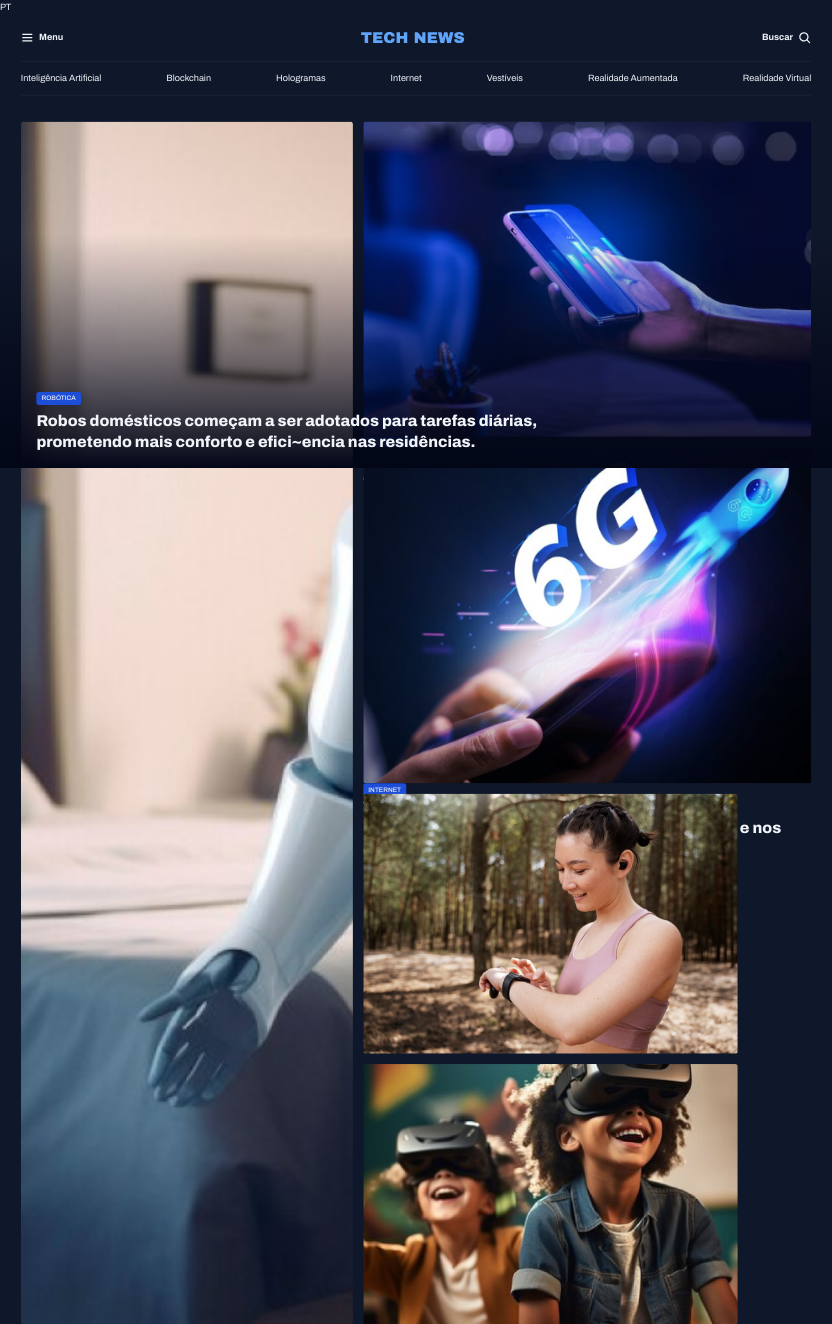
Repository: JeffRodFer/portalDeNoticias
Page: index.html
An editor plug-in stored every save of this project. The page is shown before and after a run of saves, followed by the edit.
The browser window is 1280 px wide. The pictures show the whole page, at 65% of full size.

Above is the page before, as saved 2025-04-15 21:58:16.

### index.html
PT<!DOCTYPE html>
<html lang="pt-BR">
  <head>
    <link rel="preconnect" href="https://fonts.googleapis.com">
  <link rel="preconnect" href="https://fonts.gstatic.com" crossorigin>
  <meta charset="UTF-8">
  <meta name="viewport" content="width=device-width, initial-scale=1.0">
  <title>Portal de Notícias</title>
  <link rel="stylesheet" href="styles/index.css">

  <link href="https://fonts.googleapis.com/css2?family=Archivo:ital,wght@0,100..900;1,100..900&family=Bree+Serif&family=Poppins:wght@400;700&display=swap" rel="stylesheet">

</head>
<body>
  <header class="container">
    <nav id="primary" class="grid grid-flow-col">
      <div>
        <img src="assets/icons/List.svg" alt="ícone de menu">
        <strong>Menu</strong>
      </div>
        <div>
          <img src="assets/Logo (1).svg" alt="TechNews logo">
        </div>
        <div>
          <strong>Buscar</strong>
          <img src="assets/icons/MagnifyingGlass.svg" alt="ícone de lupa para pesquisa">
        </div>
    </nav>
    <nav id="secondary" class="grid grid-flow-col">
      <a href="#">Inteligência Artificial</a>
      <a href="#">Blockchain</a>
      <a href="#">Hologramas</a>
      <a href="#">Internet</a>
      <a href="#">Vestíveis</a>
      <a href="#">Realidade Aumentada</a>
      <a href="#">Realidade Virtual</a>
    </nav>
  </header>
  <main class="grid container">
    <section id="featured" class="grid grid-flow-col gap-16">
      <figure class="card">
        <img src="assets/images/Image 01.png" alt="">

        <figcaption>
          <span class="content-tag">robótica</span>
          <h2 class="text-2xl">
            Robos domésticos começam a ser adotados para tarefas diárias, <br> prometendo mais conforto e efici~encia nas residências.
          </h2>
        </figcaption>
      </figure>
      <div class="grid grid cols-2 gap-16">
        <figure>
          <img src="assets/images/Image 02.png" alt="Novo Smartphone Projetor 3D chega ao mercado, transformando a forma como vemos as nossas telas!">

          <figcaption>
            <span class="content-tag">Hologramas</span>
            <h2 class="text-2xl">
              Novo Smartphone Projetor 3D chega ao mercado, transformando a forma como vemos as nossas telas!
            </h2>
          </figcaption>
        </figure>
        <figure>
          <img src="assets/images/Image 03.png" alt="">

          <figcaption>
            <span class="content-tag">Internet</span>
            <h2 class="text-2xl">
            Tecnologia 3D chega as metropoles brasileiras, prometendo revolucionar a forma como vivemos e nos comunicamos.
            </h2>
          </figcaption>
      </figure>
        <figure>
          <img src="assets/images/Image 04.png" alt="">
        </figure>
        <figure>
          <img src="assets/images/Image 05.png" alt="">
        </figure>
      </div>
    </section>
  </main>
</body>
</html>

### styles/global.css
* {
  margin: 0;
  padding: 0;
  box-sizing: border-box;
}

:root {
  --brand-color-light: #60a5fa ;
  --brand-color-dark: #1d4ed8;
  --bg-color: #0f172a;
  --stroke-color: #1e293b;
  --text-color-primary: #f1f5f9;
  --text-color-secondary: #cbd5e1;

  --font-family: 'Archivo', sans-serif;
  --h1: 800 24px/135% var(--font-family);
  --h2: 800 16px/140% var(--font-family);
  --h3: 800 14px/140% var(--font-family);
  --text-span: 400 16px/140% var(--font-family);
  --text: 400 14px/160% var(--font-family);

}

body {
  font: var(--text);
  color: var(--text-color-primary);
  background-color: var(--bg-color);
}

a {
  text-decoration: none;
  color: inherit;
}

a:hover {
  color: var(--brand-color-light);
}

h1,h2,h3 {
  font:inherit;
}

img {
  max-width: 100%;
}

.container {
  max-width: 1280px;
  padding-inline: 32px;
  margin-inline: auto;
}
main {
  margin-top: 40px ;
}
.content-tag {
  display: inline-block;
  background-color: var(--brand-color-dark);
  padding: 4px 8px;
  border-radius: 4px;
  font: 500 10px/1.2 var(--font-family);
  text-transform: uppercase;
  color: var(--text-color-primary);
  box-shadow: 0px 4px 16px rgba(2, 3, 23, 0.251);
}

### styles/utility.css
/* utility-first */
.grid {
  display: grid;
}
.grid-flow-col {
  grid-auto-flow: column;
}

.grid-cols-2 {
  grid-template-columns: 1fr 1fr;
}

.gap-16 {
  gap: 16px;
}

.text-2xl {
  font: var(--h1);
}
.text-2x {
  font: var(--h2);
}
.text-lg {
  font: var(--h3);
}
.text-sm {
  font: var(--text-sm);
}

### styles/header.css
#primary {
  padding-block: 20px;

  div {
    display: flex;
    align-items: center;
    gap: 8px;
  }

  /* nesting css */
  div:nth-child(2) {
    margin-inline: auto;
}
div:nth-child(3) {
  justify-self: end;
}
}
#secondary {
  padding-block: 14px;
  border: solid 1px var(--stroke-color);
  border-inline: none;
  justify-content: space-between;
}

### styles/sections.css
#featured {
  img {
    height: 100%;
    object-fit: cover;
    border-radius: 4px;
  }
.card {
  border-radius: 4px;
  overflow: hidden;
  object-fit: relative;

  &::before {
   content: "";
   position: absolute;
   inset: 0;
   top: 50%;
   background: linear-gradient(
    180deg,
    transparent 0%,
    #020617 100%
   );
  }
  figcaption {
    position: absolute;
    bottom: 0;

    padding: 24px;

    h2 {
      margin-top: 8px;
    }
  }
}
}

Loaded but not shown: styles/index.css (common file)

After the next 2 saves:
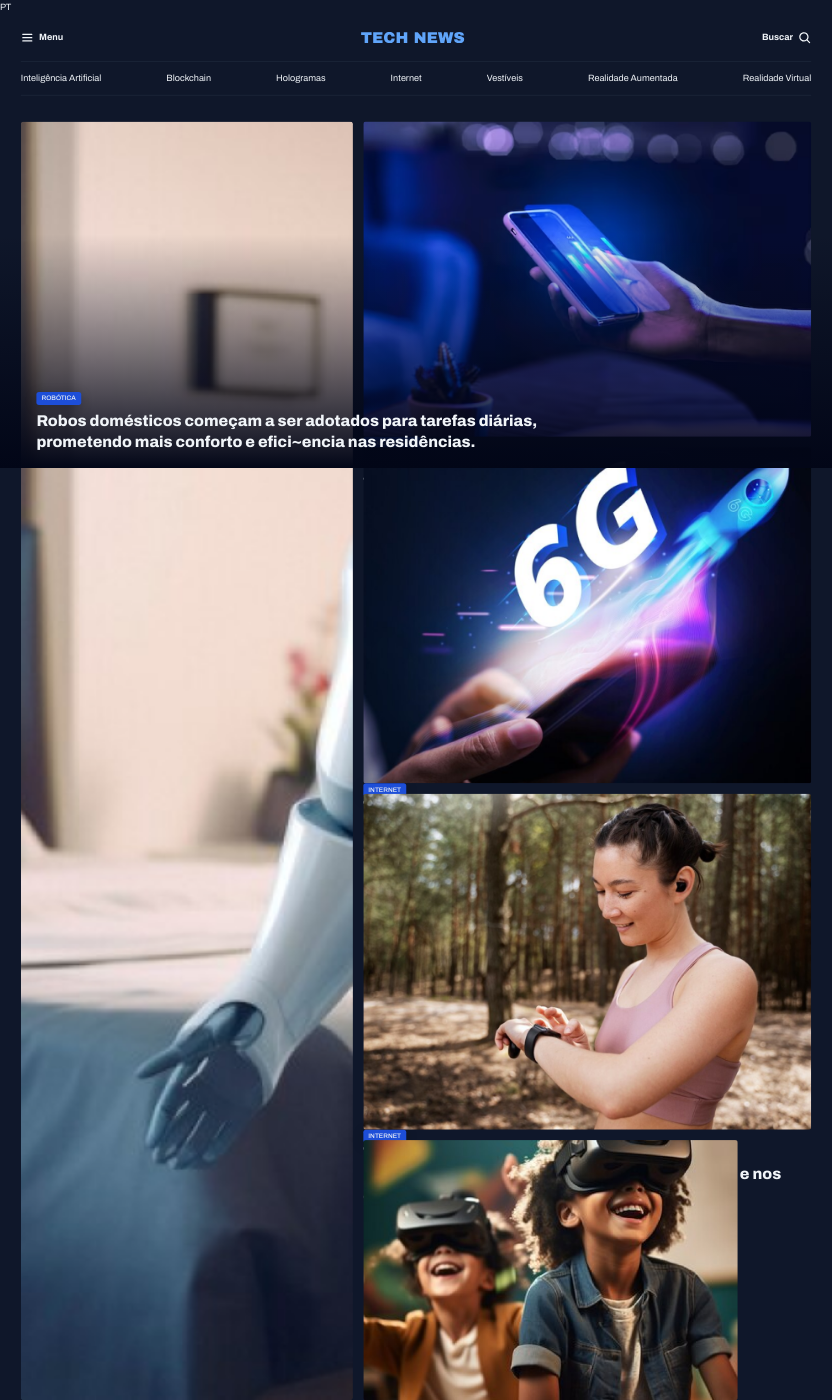
The 2 saves are shown as one change because they came seconds apart.
The last was saved 23 s later.
--- a/index.html
+++ b/index.html
@@ -71,6 +71,13 @@ PT<!DOCTYPE html>
       </figure>
         <figure>
           <img src="assets/images/Image 04.png" alt="">
+
+          <figcaption>
+            <span class="content-tag">Internet</span>
+            <h2 class="text-2xl">
+            Tecnologia 3D chega as metropoles brasileiras, prometendo revolucionar a forma como vivemos e nos comunicamos.
+            </h2>
+          </figcaption>
         </figure>
         <figure>
           <img src="assets/images/Image 05.png" alt="">
